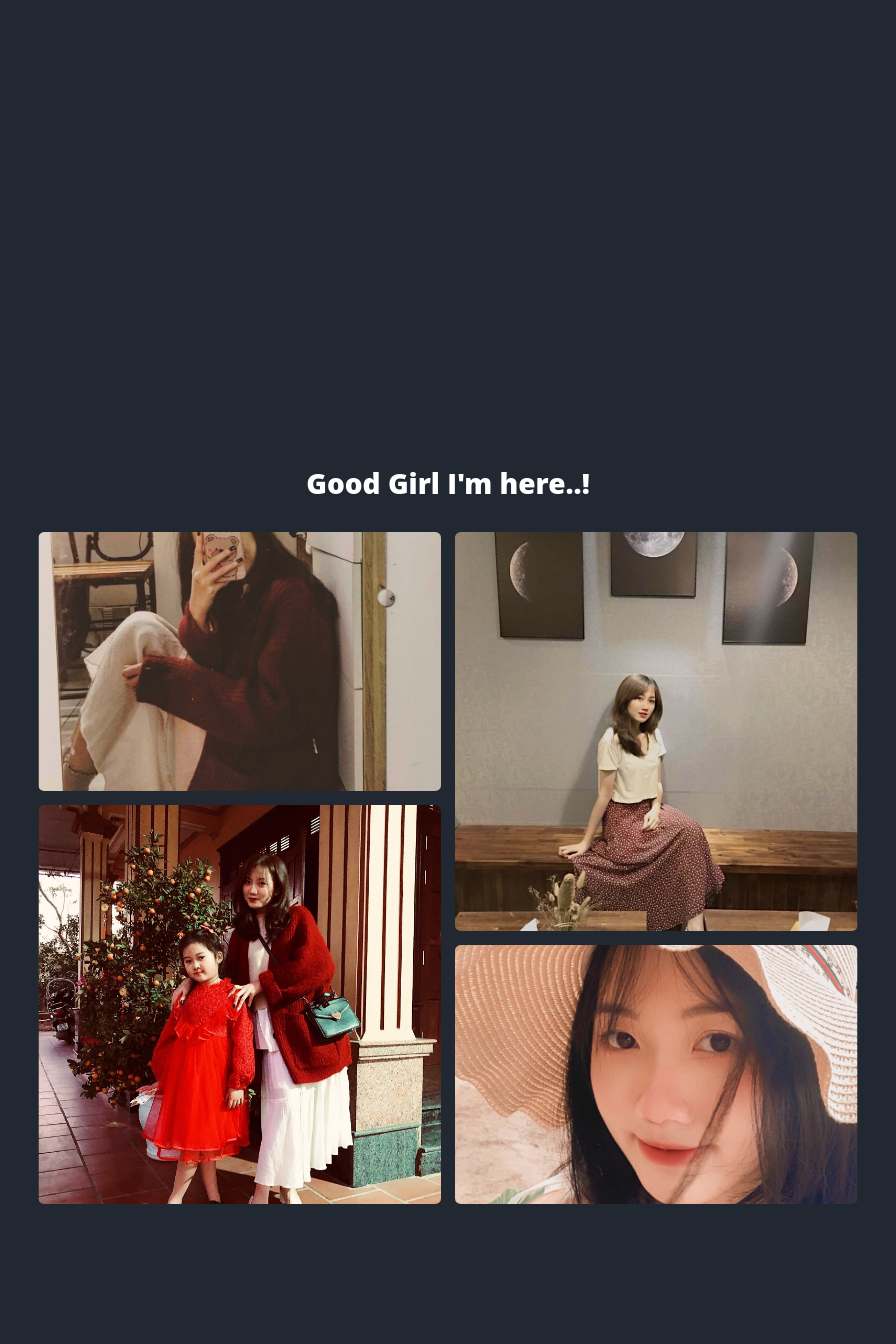
Repository: Datt21/p-happyB
Page: index.html
These files come from the project's save history. The page is drawn as it stood at one moment and after the next save; the edit follows.
The browser window is 1280 px wide. The pictures show the part of the page from y = 970 to 2890 px (the page is 2890 px tall), at 70% of full size.
Some icons come from a web library that is not loaded, so they are not drawn.

Above is the page before, as saved 2021-08-31 05:34:27.

After the next save:
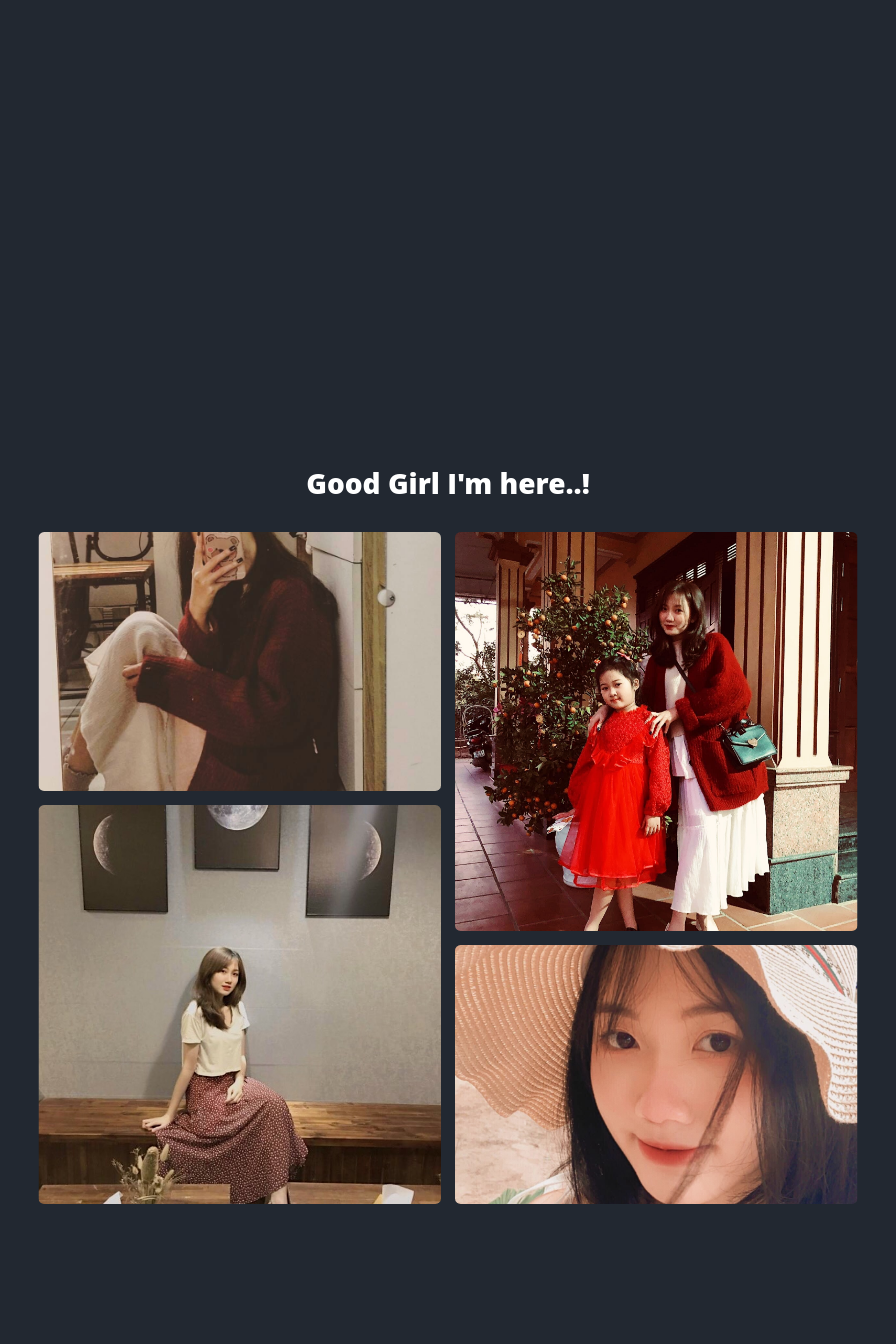
Saved 16 s later.
--- a/index.html
+++ b/index.html
@@ -43,10 +43,10 @@
                         <img src="./images/img4.jpg" alt="">
                     </div>
                     <div class="about-item">
-                        <img src="./images/img2.jpg" alt="">
+                        <img src="./images/img3.jpg" alt="">
                     </div>
                     <div class="about-item">
-                        <img src="./images/img3.jpg" alt="">
+                        <img src="./images/img2.jpg" alt="">
                     </div>
                     <div class="about-item">
                         <img src="./images/img1.jpg" alt="">
